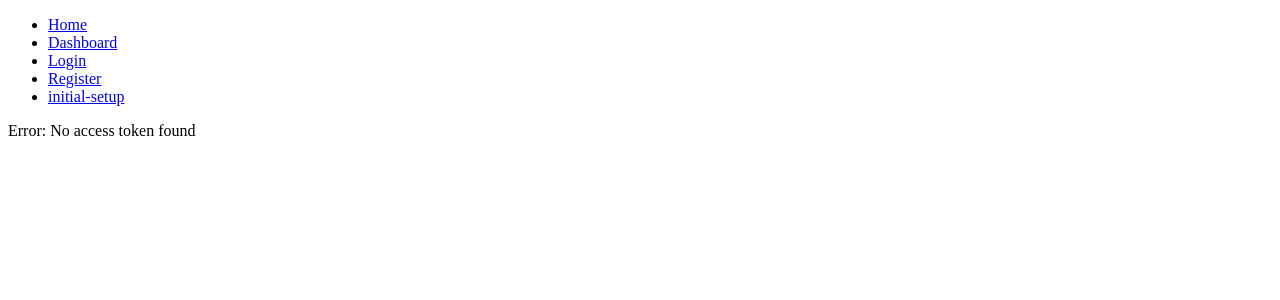
Repository: YuvalItzhaki/health-advisor
Page: /dashboard
The author's editor kept a copy of each file at every save. The page is drawn from the files as they stood at one save, then again after the next save.
The browser window is 1280 px wide. The pictures show the whole page.
The page's requests for data from a server got no answer. The project was rebuilt for these pictures with package versions that can differ from the ones it lists, and the page was loaded fresh each time. No one was signed in, and anything a server would have sent is missing. Also part of the build but not shown: vite.config.js, src/components/Home.jsx, src/components/WeightForm.jsx, src/components/HeightForm.jsx, src/style/Header.css, src/actions/UserActions.js, src/components/Header.jsx, src/components/HealthMetrics.jsx and 8 more.

Above is the page before, as saved 2024-10-07 15:09:44.

### src/main.jsx
// import { StrictMode } from 'react';
// import { createRoot } from 'react-dom/client';
// import { Provider } from 'react-redux';
// import store from './store/store'; // Adjust the path if needed
// import App from './App.jsx';
// import './index.css';

// createRoot(document.getElementById('root')).render(
//   <StrictMode>
//     <Provider store={store}>
//       <App />
//     </Provider>
//   </StrictMode>
// );
import React from 'react';
import ReactDOM from 'react-dom';
import { StrictMode } from 'react';
import { createRoot } from 'react-dom/client';

// import { Provider } from 'react-redux';
// import { store, persistor } from './store_redux/store';
import App from './App';
// import { PersistGate } from 'redux-persist/integration/react';

createRoot(document.getElementById('root')).render(
  <StrictMode>
  {/* <Provider store={store}> */}
    {/* <PersistGate loading={null} persistor={persistor}> */}
      <App />
    {/* </PersistGate> */}
  {/* </Provider> */}
  </StrictMode>
);

### src/App.jsx
import React, { useEffect } from 'react';
import { gapi } from 'gapi-script';
import { BrowserRouter as Router, Route, Routes } from 'react-router-dom';
// import Header from './components/Header';
import Home from './components/Home';
import Dashboard from './components/Dashboard';
import Login from './components/Login';
import Register from './components/Register'
import Navbar from './components/Navbar';
import InitialSetup from './components/InitialSetup';
import {AuthProvider} from './context/AuthContext';
import ProtectedRoute from './components/ProtectedRoute';  // Adjust the path as necessary

function App() {
  // useEffect(() => {
  //   function initClient() {
  //     gapi.load('client:auth2', () => {
  //       gapi.client.init({
  //         clientId: '1068162461501-eiv8qv9rh7esjdhfip5sncm3fsgul276.apps.googleusercontent.com',
  //         scope: 'https://www.googleapis.com/auth/fitness.activity.read',
  //         redirect_uri: 'http://localhost:5173/storagerelay',
  //       }).then(() => {
  //         console.log('Google API Client initialized successfully');
  //       }).catch((error) => {
  //         console.error('Error initializing Google API Client:', error);
  //       });
  //     });
  //   }

  //   initClient();
  // }, []); // Runs once on component mount

  return (
    <AuthProvider>
    <Router>
      <div className="App">
        {/* <Header /> */}
        <Navbar/>
        <Routes>
          <Route path="/" element={<Home />} />
          <Route path="/dashboard" element={<Dashboard />} />
          {/* <Route path="/dashboard" element={
            <ProtectedRoute>
              <Dashboard />
            </ProtectedRoute>
          } />         */}
          <Route path="/register" element={<Register />} />
          <Route path="/login" element={<Login />} />
          <Route path="/initial-setup" element={<InitialSetup />} />
        </Routes>
      </div>
    </Router>
    </AuthProvider>
  );
}

export default App;

### src/components/Dashboard.jsx
import React, { useEffect, useState } from 'react';
import axios from 'axios';
import { useNavigate } from 'react-router-dom';
import WeightForm from './WeightForm';
import HeightForm from './HeightForm';
import Header from './Header';
import HealthMetrics from './HealthMetrics';
import '../style/Dashboard.css';
import userStoreInstance from '../stores/UserStore';
import HealthHistory from './HealthHistory';
import Cookies from 'js-cookie';
import googleFitData from './GoogleFitData';

function Dashboard() {
  const [weights, setWeights] = useState([]);
  const [heights, setHeights] = useState([]);
  const [selectedWeight, setSelectedWeight] = useState(null);
  const [selectedHeight, setSelectedHeight] = useState(null);
  const [userId, setUserId] = useState(null);
  const navigate = useNavigate();
  const { fitData, error } = googleFitData();
  if (error) return <div>Error: {error}</div>;
  if (!fitData) return <div>Loading Google Fit data...</div>;

  useEffect(() => {
    const storedUser = JSON.parse(localStorage.getItem('user'));
    const userFromStore = userStoreInstance.getUser();
    const storedUserId = userFromStore?.userId || storedUser?._id || storedUser?.userId || null;
    const googleIdFromCookies = Cookies.get('googleId');
    const authToken = localStorage.getItem('authToken') || Cookies.get('authToken');

    if (!authToken) {
      console.log('No authToken, redirecting to login.');
      navigate('/login');
      return;
    }

    if (googleIdFromCookies) {
      fetchHealthData(`google/${googleIdFromCookies}`, authToken);
    } else if (storedUserId) {
      fetchHealthData(`user/${storedUserId}`, authToken);
    } else {
      console.log('No userId or googleId, redirecting to login.');
      navigate('/login');
    }
  }, [navigate]);

  const fetchHealthData = (apiPath, authToken) => {
    axios
      .get(`http://localhost:5001/api/health/${apiPath}`, {
        headers: { Authorization: `Bearer ${authToken}` },
      })
      .then((response) => {
        const healthData = response.data;
        setWeights(healthData.weights || []);
        setHeights(healthData.heights || []);
      })
      .catch((error) => {
        if (error.response && error.response.status === 404) {
          console.log('No health data found, redirecting to initial setup.');
          navigate('/initial-setup');
        } else {
          console.error('Error fetching health data:', error);
        }
      });
  };

  const getUserIdOrGoogleId = () => {
    const storedUser = JSON.parse(localStorage.getItem('user'));
    const userFromStore = userStoreInstance.getUser();
    const storedUserId = userFromStore?.userId || storedUser?._id || storedUser?.userId || null;
    const googleIdFromCookies = Cookies.get('googleId');
    return storedUserId || googleIdFromCookies;
  };

  const handleWeightSave = (newWeight) => {
    const id = getUserIdOrGoogleId();

    axios
      .put(`http://localhost:5001/api/health/weights/${id}`, {
        weights: [{ value: newWeight, date: new Date() }],
      })
      .then((response) => {
        console.log('Weight updated:', response.data);
        const updatedWeight = { value: newWeight, date: new Date() };
        setWeights([...weights, updatedWeight]);
        setSelectedWeight(updatedWeight);
      })
      .catch((error) => {
        console.error('Error updating weight:', error);
      });
  };

  const handleHeightSave = (newHeight) => {
    const id = getUserIdOrGoogleId();

    axios
      .put(`http://localhost:5001/api/health/heights/${id}`, {
        heights: [{ value: newHeight, date: new Date() }],
      })
      .then((response) => {
        console.log('Height updated:', response.data);
        const updatedHeight = { value: newHeight, date: new Date() };
        setHeights([...heights, updatedHeight]);
        setSelectedHeight(updatedHeight);
      })
      .catch((error) => {
        console.error('Error updating height:', error);
      });
  };

  return (
    <div className="dashboard">
      <Header userName={userStoreInstance.getUser()?.name} />
      <div className="metrics-grid">
        <div className="metric-card">
          <HealthMetrics weights={weights} heights={heights} />
        </div>
        <div className="metric-card">
          <h3>Edit Your Health Data</h3>
          <h4>Weight</h4>
          <WeightForm onChange={(newWeight) => handleWeightSave(newWeight)} showSaveButton={true} />
          <h4>Height</h4>
          <HeightForm onChange={(newHeight) => handleHeightSave(newHeight)} showSaveButton={true} />
        </div>
        <div>
          <h2>Google Fit Data</h2>
          <pre>{JSON.stringify(fitData, null, 2)}</pre>
        </div>
      </div>
      <HealthHistory />
    </div>
  );
}

export default Dashboard;

### src/components/Navbar.jsx
import React from 'react';
import { Link } from 'react-router-dom';

function Navbar() {
  return (
    <nav>
      <ul>
        <li><Link to="/">Home</Link></li>
        <li><Link to="/dashboard">Dashboard</Link></li>
        <li><Link to="/login">Login</Link></li>
        <li><Link to="/register">Register</Link></li>
        <li><Link to="/initial-setup">initial-setup</Link></li>
      </ul>
    </nav>
  );
}

export default Navbar;

### src/context/AuthContext.jsx
import React, { createContext, useContext, useEffect, useState } from 'react';

const AuthContext = createContext();

export const AuthProvider = ({ children }) => {
  const [isAuthenticated, setIsAuthenticated] = useState(false);

  // Check if there's a token in localStorage on mount
  useEffect(() => {
    const token = localStorage.getItem('authToken');
    if (token) {
      setIsAuthenticated(true); // Automatically log in if a token exists
    }
  }, []);

  const login = () => {
    setIsAuthenticated(true);
  };

  const register = () => {
    setIsAuthenticated(true);
  };

  const logout = () => {
    setIsAuthenticated(false);
    localStorage.removeItem('authToken'); // Remove the token on logout
    localStorage.removeItem('user'); // Remove user data on logout
  };

  return (
    <AuthContext.Provider value={{ isAuthenticated, login, register, logout }}>
      {children}
    </AuthContext.Provider>
  );
};

export const useAuth = () => useContext(AuthContext);

### src/stores/UserStore.js
import EventEmitter from 'eventemitter3';  // Import eventemitter3
import AppDispatcher from '../dispatcher/dispatcher';

const CHANGE_EVENT = 'change';  // Define the event name

let _user = null;

class UserStore extends EventEmitter {
  getUser() {
    return _user;
  }

  emitChange() {
    this.emit(CHANGE_EVENT);  // Emit 'change' event
  }

  addChangeListener(callback) {
    this.on(CHANGE_EVENT, callback);  // Add listener for 'change' event
  }

  removeChangeListener(callback) {
    this.removeListener(CHANGE_EVENT, callback);  // Remove listener for 'change' event
  }
}

const userStoreInstance = new UserStore();  // Create an instance of UserStore

AppDispatcher.register((action) => {
  switch(action.actionType) {
    case 'UPDATE_USER':
      _user = action.user;
      console.log('user after register:', _user)
      userStoreInstance.emitChange();  // Emit change after updating user
      break;
    case 'LOGOUT':
      _user = null;
      userStoreInstance.emitChange();  // Emit change after logout
      break;
    default:
      // no action
  }
});

export default userStoreInstance;

### src/components/GoogleFitData.jsx
import { useState, useEffect } from 'react';
import axios from 'axios';
import Cookies from 'js-cookie';

const googleFitData = () => {
  const [fitData, setFitData] = useState(null);
  const [error, setError] = useState(null);

  useEffect(() => {
    const fetchGoogleFitData = async () => {
      const accessToken = Cookies.get('authToken'); // or localStorage.getItem('accessToken');
      if (!accessToken) {
        setError('No access token found');
        return;
      }

      try {
        const response = await axios.get('https://www.googleapis.com/fitness/v1/users/me/dataset:aggregate', {
          headers: {
            'Authorization': `Bearer ${accessToken}`
          },
          params: {
            "aggregateBy": [{
              "dataTypeName": "com.google.step_count.delta"
            }],
            "bucketByTime": { "durationMillis": 86400000 },
            "startTimeMillis": "start_time_in_millis",
            "endTimeMillis": "end_time_in_millis"
          }

        });
        setFitData(response.data);
      } catch (error) {
        setError('Error fetching Google Fit data');
        console.error(error);
      }
    };

    fetchGoogleFitData();
  }, []);

  return { fitData, error };
};

export default googleFitData;

### src/dispatcher/dispatcher.js
import { Dispatcher } from 'flux';

const AppDispatcher = new Dispatcher();

export default AppDispatcher;

Loaded but not shown: index.html (common file)

After the next save:
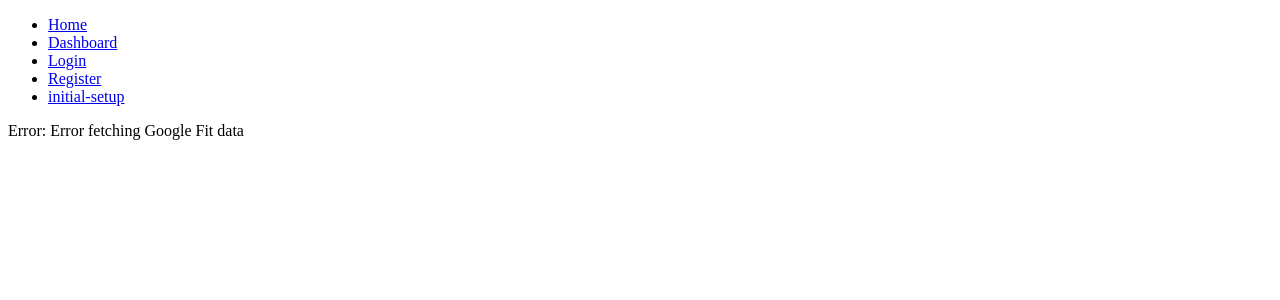
Saved 57 min 39 s later.
--- a/src/components/GoogleFitData.jsx
+++ b/src/components/GoogleFitData.jsx
@@ -2,37 +2,18 @@
 import axios from 'axios';
 import Cookies from 'js-cookie';
 
-const googleFitData = () => {
+const useGoogleFitData = () => {
   const [fitData, setFitData] = useState(null);
   const [error, setError] = useState(null);
 
   useEffect(() => {
     const fetchGoogleFitData = async () => {
-      const accessToken = Cookies.get('authToken'); // or localStorage.getItem('accessToken');
-      if (!accessToken) {
-        setError('No access token found');
-        return;
-      }
-
       try {
-        const response = await axios.get('https://www.googleapis.com/fitness/v1/users/me/dataset:aggregate', {
-          headers: {
-            'Authorization': `Bearer ${accessToken}`
-          },
-          params: {
-            "aggregateBy": [{
-              "dataTypeName": "com.google.step_count.delta"
-            }],
-            "bucketByTime": { "durationMillis": 86400000 },
-            "startTimeMillis": "start_time_in_millis",
-            "endTimeMillis": "end_time_in_millis"
-          }
-
-        });
+        const response = await axios.get('/api/google-fit-data'); // Call your server route
         setFitData(response.data);
       } catch (error) {
         setError('Error fetching Google Fit data');
-        console.error(error);
+        console.error('Error fetching Google Fit data:', error);
       }
     };
 
@@ -42,4 +23,4 @@
   return { fitData, error };
 };
 
-export default googleFitData;
+export default useGoogleFitData;

After the 4 saves that followed:
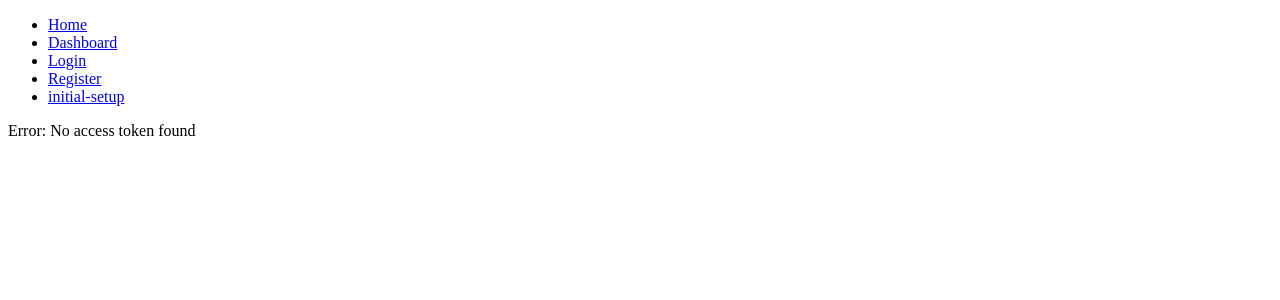
The 4 saves are shown as one change because 3 left the picture as it was.
The last was saved 12 min 26 s later.
--- a/src/components/GoogleFitData.jsx
+++ b/src/components/GoogleFitData.jsx
@@ -1,19 +1,38 @@
+
 import { useState, useEffect } from 'react';
 import axios from 'axios';
 import Cookies from 'js-cookie';
 
-const useGoogleFitData = () => {
+const googleFitData = () => {
   const [fitData, setFitData] = useState(null);
   const [error, setError] = useState(null);
 
   useEffect(() => {
     const fetchGoogleFitData = async () => {
+      const accessToken = Cookies.get('google_access_token'); // or localStorage.getItem('accessToken');
+      if (!accessToken) {
+        setError('No access token found');
+        return;
+      }
+
       try {
-        const response = await axios.get('/api/google-fit-data'); // Call your server route
+        const response = await axios.get('http://localhost:5001/api/health/google-fit-data', {
+          headers: {
+            'Authorization': `Bearer ${accessToken}`
+          },
+          params: {
+            "aggregateBy": [{
+              "dataTypeName": "com.google.step_count.delta"
+            }],
+            "bucketByTime": { "durationMillis": 86400000 },
+            "startTimeMillis": new Date('2024-01-01').getTime(),
+            "endTimeMillis": new Date().getTime()
+          }
+        });
         setFitData(response.data);
       } catch (error) {
         setError('Error fetching Google Fit data');
-        console.error('Error fetching Google Fit data:', error);
+        console.error(error);
       }
     };
 
@@ -23,4 +42,4 @@
   return { fitData, error };
 };
 
-export default useGoogleFitData;
+export default googleFitData;
